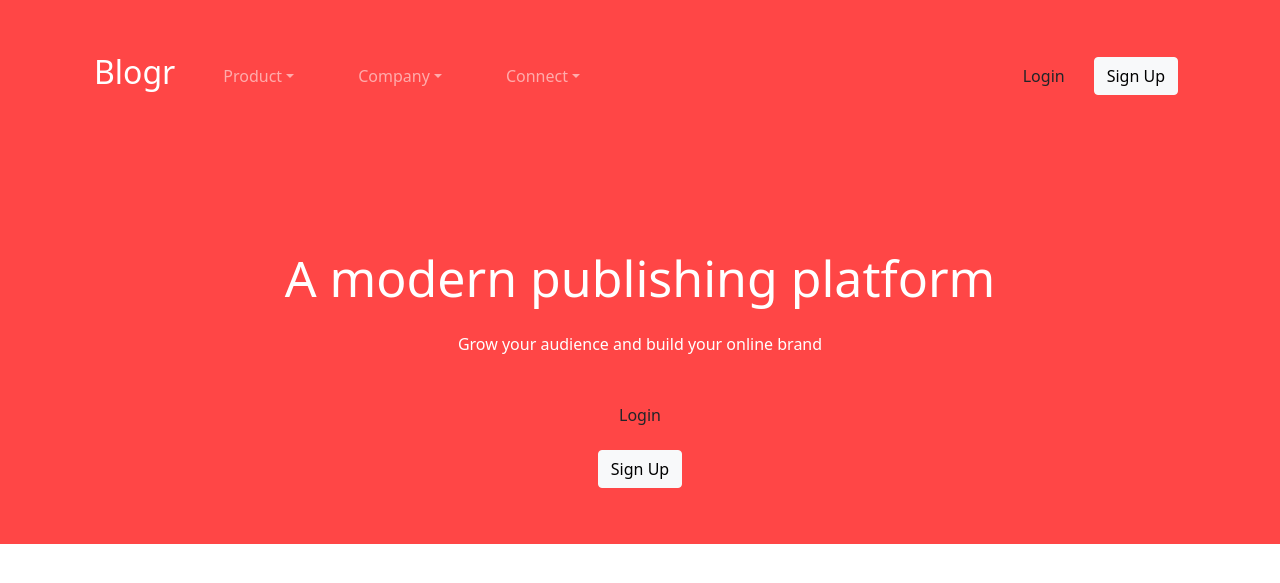
Repository: badhon252/blogr-landing-page
Page: /
These files come from the project's save history. The page is drawn as it stood at one moment and after the next save; the edit follows.
The browser window is 1280 px wide. The pictures show the whole page.
The project was rebuilt for these pictures with package versions that can differ from the ones it lists, and the page was loaded fresh each time.

Above is the page before, as saved 2022-01-17 23:34:35.

### public/index.html
<!DOCTYPE html>
<html lang="en">

<head>
  <meta charset="utf-8" />
  <link rel="icon" href="%PUBLIC_URL%/favicon.ico" />
  <meta name="viewport" content="width=device-width, initial-scale=1" />
  <meta name="theme-color" content="#000000" />
  <meta name="description" content="Web site created using create-react-app" />
  <link rel="apple-touch-icon" href="%PUBLIC_URL%/logo192.png" />

  <link rel="manifest" href="%PUBLIC_URL%/manifest.json" />
  <!-- Bootstrap css  -->
  <link href="https://cdn.jsdelivr.net/npm/bootstrap@5.1.3/dist/css/bootstrap.min.css" rel="stylesheet"
    integrity="sha384-1BmE4kWBq78iYhFldvKuhfTAU6auU8tT94WrHftjDbrCEXSU1oBoqyl2QvZ6jIW3" crossorigin="anonymous">


  <title>Blogr</title>
</head>

<body>
  <noscript>You need to enable JavaScript to run this app.</noscript>
  <div id="root"></div>

  <!-- Bootstrap js  -->
  <script src="https://cdn.jsdelivr.net/npm/bootstrap@5.1.3/dist/js/bootstrap.bundle.min.js"
    integrity="sha384-ka7Sk0Gln4gmtz2MlQnikT1wXgYsOg+OMhuP+IlRH9sENBO0LRn5q+8nbTov4+1p"
    crossorigin="anonymous"></script>

</body>

</html>

### src/App.js
import Maincomp from "./components/MainComp";

function App() {
  return (
    <div className="App">
      <Maincomp />
    </div>
  );
}

export default App;

### src/components/MainComp.js
import React from "react";
import Header from "./Header/Header";

const Maincomp = () => {
  return (
    <div>
      <Header />
    </div>
  );
};

export default Maincomp;

### src/components/Header/Header.js
import React from "react";
import Nav from "./Nav";
import "../styles/index.css";
import HeaderContent from "./HeaderContent";

export default function Header() {
  return (
    <div className="header">
      <div className="container">
        <Nav />
        <HeaderContent />
      </div>
    </div>
  );
}

### src/components/Header/Nav.js
import React from "react";
import "../styles/index.css";
const Nav = () => {
  return (
    <div>
      <nav className="navbar navbar-expand-lg navbar-dark py-5">
        <div className="container-fluid">
          <a className="navbar-brand" href="/">
            <h2>Blogr</h2>
          </a>
          <button
            className="navbar-toggler"
            type="button"
            data-bs-toggle="collapse"
            data-bs-target="#navbarSupportedContent"
            aria-controls="navbarSupportedContent"
            aria-expanded="false"
            aria-label="Toggle navigation"
          >
            <span className="navbar-toggler-icon"></span>
          </button>
          <div className="collapse navbar-collapse" id="navbarSupportedContent">
            <ul className="navbar-nav mb-2 mb-lg-0">
              <li className="nav-item dropdown px-4">
                <a
                  className="nav-link dropdown-toggle"
                  href="/"
                  id="navbarDropdown"
                  role="button"
                  data-bs-toggle="dropdown"
                  aria-expanded="false"
                >
                  Product
                </a>
                <ul className="dropdown-menu" aria-labelledby="navbarDropdown">
                  <li>
                    <a className="dropdown-item" href="/">
                      Action
                    </a>
                  </li>
                  <li>
                    <a className="dropdown-item" href="/">
                      Another action
                    </a>
                  </li>
                  <li>
                    <hr className="dropdown-divider" />
                  </li>
                  <li>
                    <a className="dropdown-item" href="/">
                      Something else here
                    </a>
                  </li>
                </ul>
              </li>{" "}
              <li className="nav-item dropdown px-4">
                <a
                  className="nav-link dropdown-toggle"
                  href="/"
                  id="navbarDropdown"
                  role="button"
                  data-bs-toggle="dropdown"
                  aria-expanded="false"
                >
                  Company
                </a>
                <ul className="dropdown-menu" aria-labelledby="navbarDropdown">
                  <li>
                    <a className="dropdown-item" href="/">
                      Action
                    </a>
                  </li>
                  <li>
                    <a className="dropdown-item" href="/">
                      Another action
                    </a>
                  </li>
                  <li>
                    <hr className="dropdown-divider" />
                  </li>
                  <li>
                    <a className="dropdown-item" href="/">
                      Something else here
                    </a>
                  </li>
                </ul>
              </li>{" "}
              <li className="nav-item dropdown px-4">
                <a
                  className="nav-link dropdown-toggle"
                  href="/"
                  id="navbarDropdown"
                  role="button"
                  data-bs-toggle="dropdown"
                  aria-expanded="false"
                >
                  Connect
                </a>
                <ul className="dropdown-menu" aria-labelledby="navbarDropdown">
                  <li>
                    <a className="dropdown-item" href="/">
                      Action
                    </a>
                  </li>
                  <li>
                    <a className="dropdown-item" href="/">
                      Another action
                    </a>
                  </li>
                  <li>
                    <hr className="dropdown-divider" />
                  </li>
                  <li>
                    <a className="dropdown-item" href="/">
                      Something else here
                    </a>
                  </li>
                </ul>
              </li>
            </ul>
            {/* login & sign-up */}
            <ul className="navbar-nav ms-auto">
              <li className="nav-login">
                <a className="nav-link" href="/">
                  <button type="button" class="btn">
                    Login
                  </button>
                </a>
              </li>{" "}
              <li className="nav-signup">
                <a className="nav-link" href="/">
                  <button type="button" class="btn btn-light">
                    Sign Up
                  </button>
                </a>
              </li>
            </ul>
          </div>
        </div>
      </nav>
    </div>
  );
};

export default Nav;

### src/components/styles/index.css
.header {
  background-color: rgb(255, 70, 70);
  color: rgb(255, 255, 255);
  /* clip-path: circle(73.8% at 63% 38%); */
}
/* .header-nav {
  color: #fff;

} */
/* .singup,
.login {
  color: aliceblue;
} */

.header-param {
  text-align: center;
}
.header-param h1 {
  font-size: 50px;
}
.header-param p {
  font-size: 1rem;
}

### src/components/Header/HeaderContent.js
import React from "react";

export default function HeaderContent() {
  return (
    <div>
      <div className="py-5 header-param">
        <h1 className="pt-5">A modern publishing platform</h1>
        <p className="header-p py-3 ">
          Grow your audience and build your online brand
        </p>
        <ul className="navbar-nav ms-auto">
          <li className="nav-login nav-item">
            <a className="nav-link" href="/">
              <button type="button" class="btn">
                Login
              </button>
            </a>
          </li>{" "}
          <li className="nav-signup nav-item">
            <a className="nav-link" href="/">
              <button type="button" class="btn btn-light">
                Sign Up
              </button>
            </a>
          </li>
        </ul>
      </div>
    </div>
  );
}

Loaded but not shown: src/index.js (common file); src/reportWebVitals.js (common file)

After the next save:
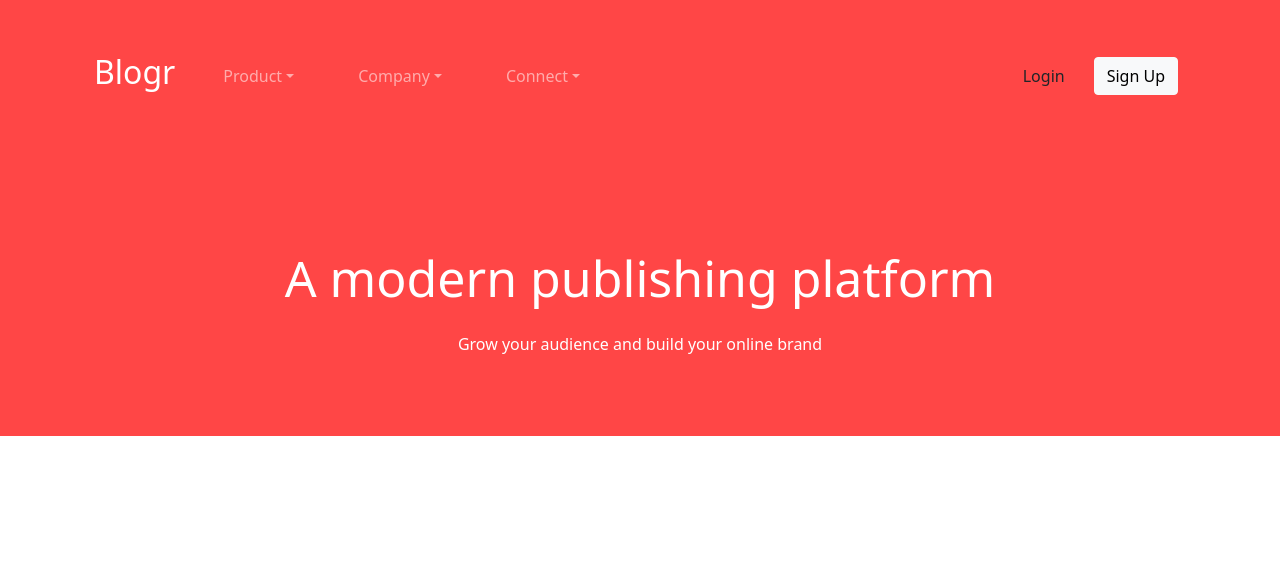
Saved 24 s later.
--- a/src/components/Header/HeaderContent.js
+++ b/src/components/Header/HeaderContent.js
@@ -8,22 +8,6 @@ export default function HeaderContent() {
         <p className="header-p py-3 ">
           Grow your audience and build your online brand
         </p>
-        <ul className="navbar-nav ms-auto">
-          <li className="nav-login nav-item">
-            <a className="nav-link" href="/">
-              <button type="button" class="btn">
-                Login
-              </button>
-            </a>
-          </li>{" "}
-          <li className="nav-signup nav-item">
-            <a className="nav-link" href="/">
-              <button type="button" class="btn btn-light">
-                Sign Up
-              </button>
-            </a>
-          </li>
-        </ul>
       </div>
     </div>
   );
